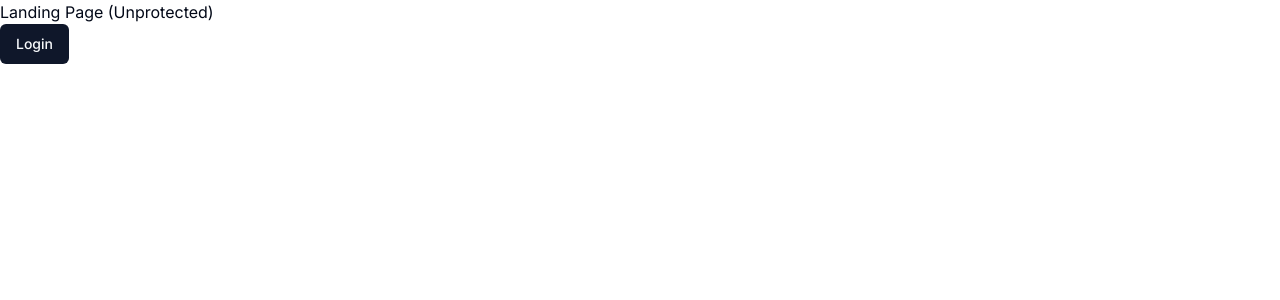
Repository: tathagat22/NeoSynth
Page: /
These files come from the project's save history. The page is drawn as it stood at one moment and after the next save; the edit follows.
The browser window is 1280 px wide. The pictures show the whole page.
The project was rebuilt for these pictures with package versions that can differ from the ones it lists, and the page was loaded fresh each time. Some packages were replaced by stand-ins written for this rebuild. The framework's server and built-in components were replaced by stand-ins that run in the browser. Also part of the build but not shown: next.config.js.

Above is the page before, as saved 2023-08-25 12:26:11.

After the next save:
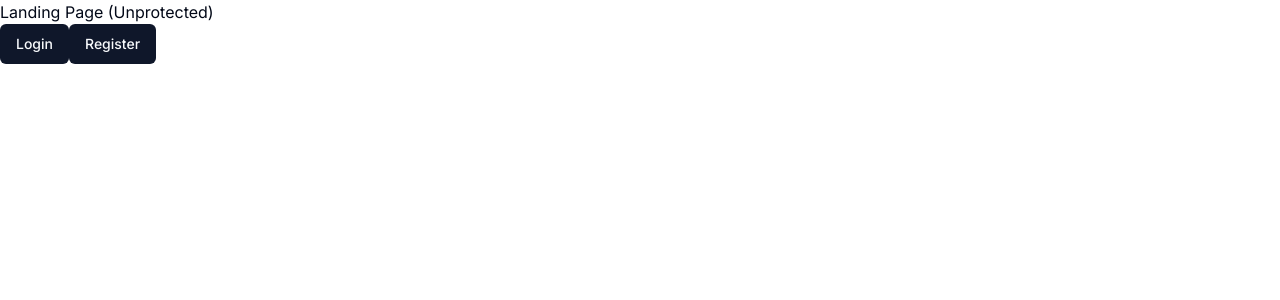
Saved 18 s later.
--- a/app/(landing)/page.tsx
+++ b/app/(landing)/page.tsx
@@ -9,6 +9,9 @@
         <Link href="/sign-in">
           <Button>Login</Button>
         </Link>
+        <Link href="/sign-up">
+          <Button>Register</Button>
+        </Link>
       </div>
     </div>
   );
